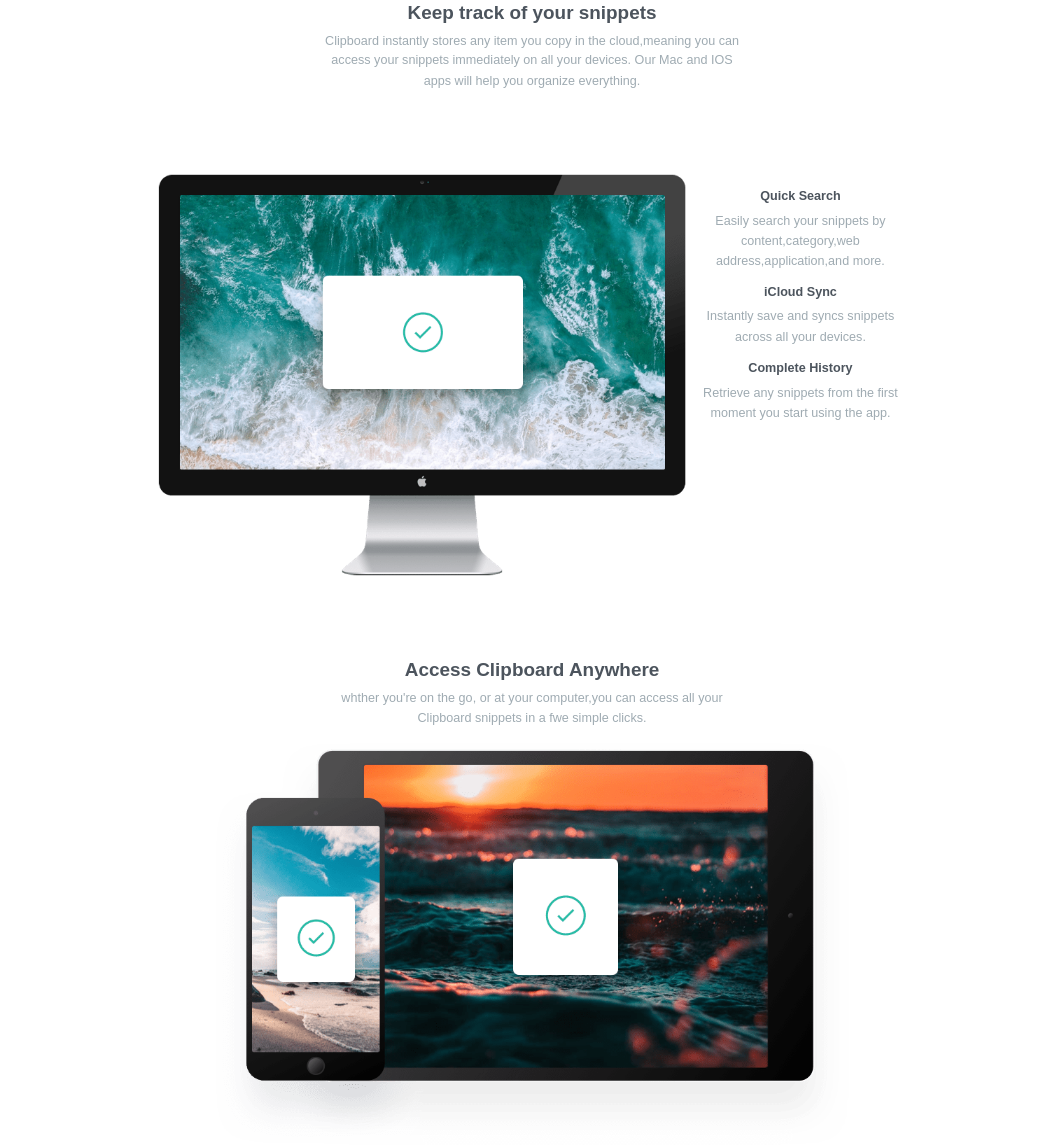
Repository: moataz305G/Clipboard-landing-page
Page: index.html
The author's editor kept a copy of each file at every save. The page is drawn from the files as they stood at one save, then again after the next save.
The browser window is 1280 px wide. The page is 1520 px wide, so the pictures cover 1520 px, including what lies to the right of the window. The pictures show the part of the page from y = 474 to 2114 px (the page is 3092 px tall before and 3417 px after), at 70% of full size.

Above is the page before, as saved 2025-12-24 10:54:38.

After the next save:
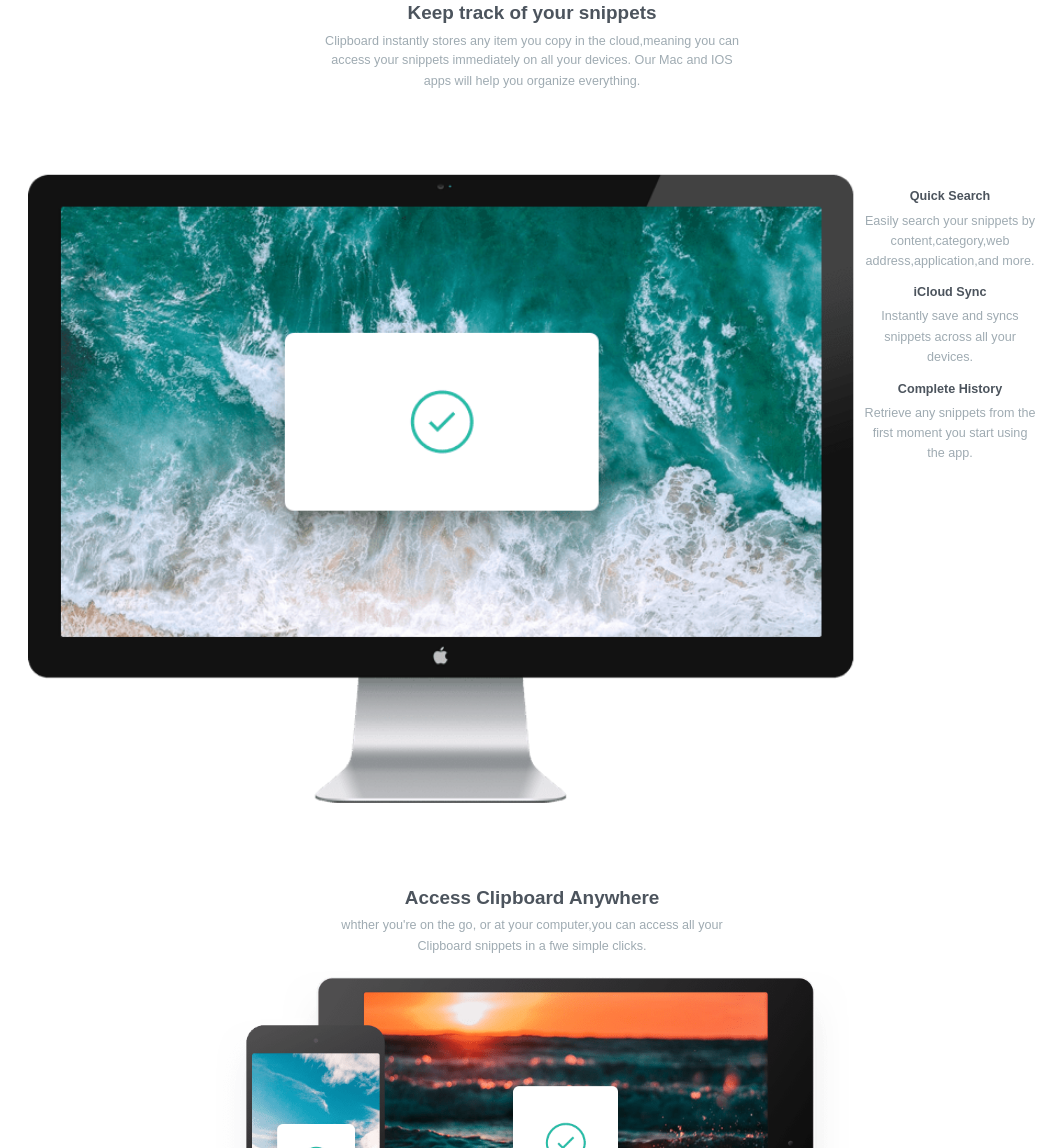
Saved 2 min 58 s later.
--- a/style.css
+++ b/style.css
@@ -80,7 +80,9 @@
   justify-content: center;
   gap: 15px;
 }
-
+.fuature__image {
+  width: 100%;
+}
 .fuatures__text p {
   max-width: 300px;
 }
